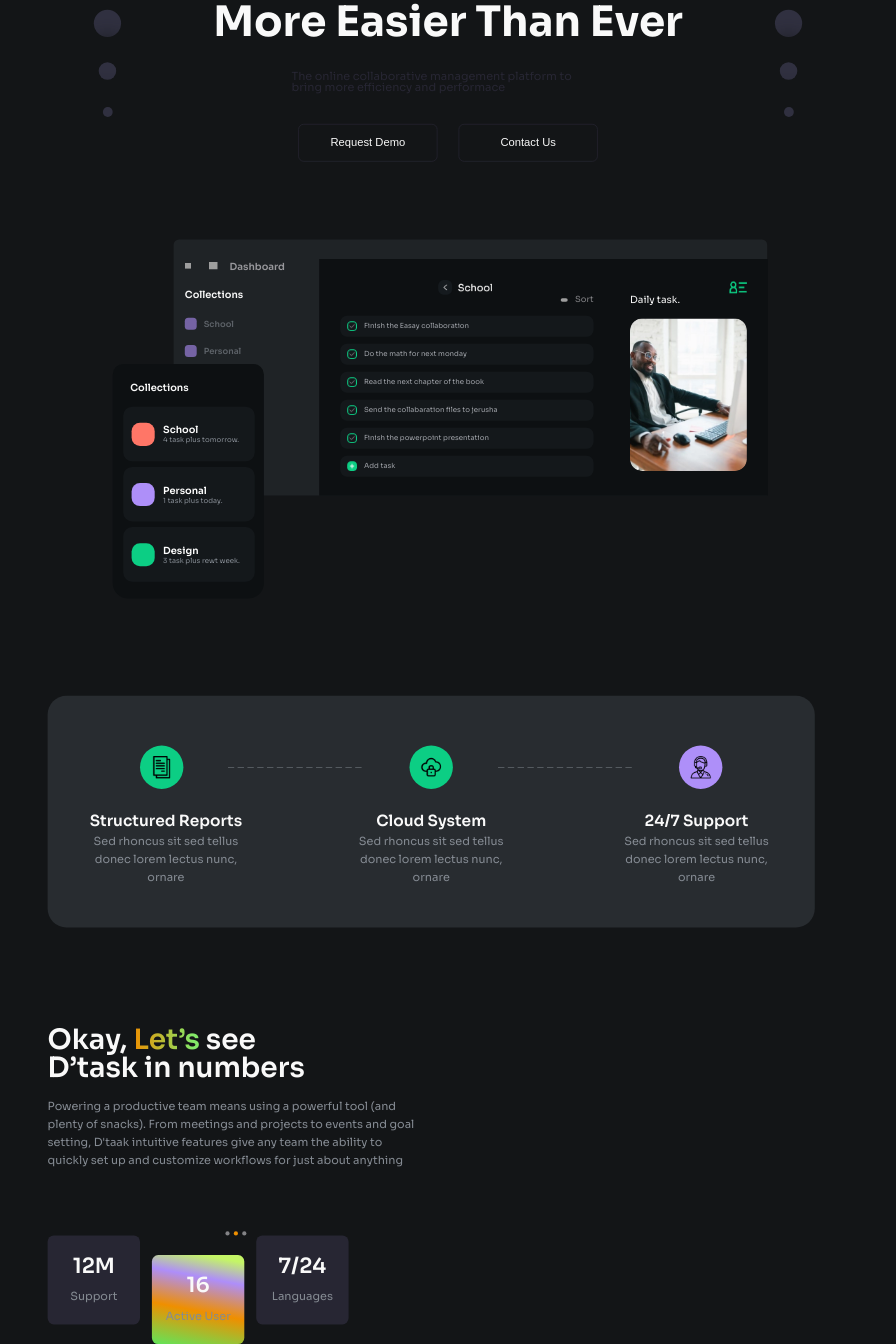
Repository: anhthiethumg/Task_Managerment_Website
Page: index.html
An editor plug-in stored every save of this project. The page is shown before and after a run of saves, followed by the edit.
The browser window is 1280 px wide. The pictures show the part of the page from y = 320 to 2240 px (the page is 2240 px tall), at 70% of full size.
Pictures or frames that could not be fetched are drawn as grey boxes. A picture or video elsewhere on the page could not be fetched, so the positions and the page height are approximate.

Above is the page before, as saved 2023-07-29 00:45:53.

### index.html
<!DOCTYPE html>
<html lang="en">
  <head>
    <meta charset="UTF-8" />
    <meta name="viewport" content="width=device-width, initial-scale=1.0" />
    <title>Task Managerment Website</title>
    <!-- Reset Css -->
    <link rel="stylesheet" href="./assets/css/reset.css" />

    <!-- CSS -->
    <link rel="stylesheet" href="./assets/css/styles.css" />

    <!-- Embed Font-->

    <link rel="preconnect" href="https://fonts.googleapis.com" />
    <link rel="preconnect" href="https://fonts.gstatic.com" crossorigin />
    <link
      href="https://fonts.googleapis.com/css2?family=Sora:wght@400;600;700;800&display=swap"
      rel="stylesheet"
    />
  </head>
  <body>
    <!-- Header -->
    <section class="header">
      <div class="container">
        <navbar class="row nav">
          <img src="./assets/image/logo.svg" alt="Task." />
          <div class="nav-list">
            <a class="nav-item" href="#!">Home</a>
            <a class="nav-item" href="#!">Products</a>
            <a class="nav-item" href="#!">Guidlines</a>
            <a class="nav-item" href="#!">Guidlines</a>
          </div>
          <button class="btn nav-btn">Sign In</button>
        </navbar>
        <section class="hero">
          <div class="row hero__content">
            <div class="stacked-circles">
              <div class="circles"></div>
              <div class="circles"></div>
              <div class="circles"></div>
              <div class="circles"></div>
            </div>
            <div class="hero--content__heading">
              <h1 class="hero__heading">
                Make <span class="heading__liner">Management</span> Way More
                Easier Than Ever
              </h1>
              <p class="hero__desc section-desc">
                The online collaborative management platform to bring more
                efficiency and performace
              </p>
              <div class="hero-btn row">
                <button type="button" class="btn hero__btn">
                  Request Demo
                </button>
                <button type="button" class="btn hero__btn">Contact Us</button>
              </div>
            </div>
            <div class="stacked-circles">
              <div class="circles"></div>
              <div class="circles"></div>
              <div class="circles"></div>
              <div class="circles"></div>
            </div>
          </div>
          <section class="task-manager row">
            <sidebar class="sidebar">
              <div class="row sidebar__header">
                <img
                  src="./assets/icons/icon-sidebar.svg"
                  alt="icon-sidebar"
                  class="icon__sidebar"
                />
                <img
                  src="./assets/icons/dashboard-icon.svg"
                  alt="dashboard-icon"
                  class="dashboard-icon"
                />
                <h4 class="sidebar__heading">Dashboard</h4>
              </div>
              <div class="sidebar__list">
                <h4 class="sidebar__list--heading">Collections</h4>
                <div class="sidebar__list--item">
                  <h5 class="sidebar__item--content">School</h5>
                </div>
                <div class="sidebar__list--item">
                  <h5 class="sidebar__item--content">Personal</h5>
                </div>
              </div>
            </sidebar>
            <section class="task-manager__section">
              <div class="task__header row">
                <img src="./assets/icons/school.png" alt="Back" class="back" />
                <img
                  src="./assets/icons/contact us icon.png"
                  alt="Contact"
                  class="contact-us"
                />
              </div>
              <div class="task__content row">
                <div class="list--work">
                  <div class="list-sort">Sort</div>
                  <div class="work--item">Finish the Easay collaboration</div>
                  <div class="work--item">Do the math for next monday</div>
                  <div class="work--item">
                    Read the next chapter of the book
                  </div>
                  <div class="work--item">
                    Send the collabaration files to jerusha
                  </div>
                  <div class="work--item">
                    Finish the powerpoint presentation
                  </div>
                  <div class="work--item">Add task</div>
                </div>
                <div class="daily-task">
                  <div class="dailytask__heading">Daily task.</div>
                  <img
                    class="dailytask__img"
                    src="./assets/image/Rectangle 50.png"
                    alt="Daily task"
                  />
                </div>
              </div>
              <div class="card">
                <div class="card__heading">Collections</div>
                <div class="card__list">
                  <div class="card__item">
                    <div class="card__item--icon"></div>
                    <div class="card__item--content">
                      <h4 class="card__item--title">School</h4>
                      <p class="card__item--desc">4 task plus tomorrow.</p>
                    </div>
                  </div>
                  <div class="card__item">
                    <div class="card__item--icon"></div>
                    <div class="card__item--content">
                      <h4 class="card__item--title">Personal</h4>
                      <p class="card__item--desc">1 task plus today.</p>
                    </div>
                  </div>
                  <div class="card__item">
                    <div class="card__item--icon"></div>
                    <div class="card__item--content">
                      <h4 class="card__item--title">Design</h4>
                      <p class="card__item--desc">3 task plus rewt week.</p>
                    </div>
                  </div>
                </div>
              </div>
            </section>
          </section>
        </section>
      </div>
    </section>

    <!-- Main -->
    <main class="main">
      <div class="container">
        <!-- Services -->
        <section class="services">
          <div class="services__icon--list">
            <div class="services__icon--bg">
              <img
                src="./assets/icons/report.png"
                alt="Report"
                class="services__icon"
              />
            </div>
            <img src="./assets/icons/dash line-1.svg" alt="dash-line" />
            <div class="services__icon--bg">
              <img
                src="./assets/icons/server.png"
                alt="Server"
                class="services__icon"
              />
            </div>

            <img src="./assets/icons/dash line-1.svg" alt="dash-line" />
            <div class="services__icon--bg">
              <img
                src="./assets/icons/support.png"
                alt="Support"
                class="services__icon"
              />
            </div>
          </div>
          <div class="services__list row">
            <div class="services__items">
              <h3 class="services__heading">Structured Reports</h3>
              <p class="services__desc">
                Sed rhoncus sit sed tellus donec lorem lectus nunc, ornare
              </p>
            </div>
            <div class="services__items">
              <h3 class="services__heading">Cloud System</h3>
              <p class="services__desc">
                Sed rhoncus sit sed tellus donec lorem lectus nunc, ornare
              </p>
            </div>
            <div class="services__items">
              <h3 class="services__heading">24/7 Support</h3>
              <p class="services__desc">
                Sed rhoncus sit sed tellus donec lorem lectus nunc, ornare
              </p>
            </div>
          </div>
        </section>

        <!-- Static -->

        <section class="static row">
          <section class="static__content">
            <h2 class="static__heading section__heading">
              Okay, <span class="heading__liner">Let’s</span> see D’task in numbers
            </h2>
            <p class="static__desc section__desc">
              Powering a productive team means using a powerful tool (and plenty of snacks). From meetings and projects to events and goal setting, D'taak intuitive features give any team the ability to quickly set up and customize workflows for just about anything
            </p>
            <div class="static__dot row">
              <div class="dot"></div>
              <div class="dot"></div>
              <div class="dot"></div>
            </div>
            <div class="static__list row">
              <div class="static__item">
                <div class="static--item__number">
                  12M
                </div>
                <div class="static--item__title">
                  Support
                </div>
              </div>
              <div class="static__item">
                <div class="static--item__number">
                  16
                </div>
                <div class="static--item__title">
                  Active User
                </div>
              </div>
              <div class="static__item">
                <div class="static--item__number">
                  7/24
                </div>
                <div class="static--item__title">
                  Languages
                </div>
              </div>
            </div>
          </section>
        </section>
      </div>
    </main>
  </body>
</html>

### assets/css/styles.css
* {
  box-sizing: border-box;
}

html {
  font-size: 62.5%;
}

:root {
  color: var(--text-color-gray-2, #282c30);
  color: var(--text-color-white, #f9f9f9);
  color: var(
    --primary-color-leniar-color,
    linear-gradient(90deg, #eb9204 1.67%, #83e868 89.99%)
  );
  color: var(--primary-color-background, #131517);
  color: var(--text-color-dark-blue, #272633);
}
body {
  font-size: 1.6rem;
  font-family: "Sora", sans-serif;
  background: var(--primary-color-background, #131517);
}

/* Common */

a {
  text-decoration: none;
}

.container {
  width: 1144px;
  margin: 0 auto;
}

.row {
  display: flex;
}

.btn {
  width: 110px;
  height: 40px;
  border-radius: 8px;
  border: 1px solid var(--text-color-dark-blue, #272633);
  background: #131517;
  text-align: center;
}

.section__desc {
  color: var(--text-color-gray-1, #858b93);
  text-align: center;
  font-size: 1.6rem;
  font-weight: 400;
  line-height: 1.625;
}

.section__heading {
  color: var(--text-color-white, #f9f9f9);
  font-size: 4rem;
  font-weight: 600;
}
/* Header */

.header {
  margin-top: 40px;
  margin-bottom: 140px;
  padding-top: 10px;
}

/* Navbar */

.nav {
  justify-content: space-between;
  align-items: center;
  height: 40px;
  margin-bottom: 157px;
}

.nav-item {
  margin-right: 36px;
  color: var(--text-color-gray-1, #858b93);
  font-size: 1.6rem;
  font-weight: 400;
  line-height: 1.5;
}

.nav-item:hover {
  color: var(--text-color-white, #f9f9f9);
  text-decoration: underline;
}

.nav-btn {
  background: var(
    --primary-color-leniar-color,
    linear-gradient(90deg, #eb9204 1.67%, #83e868 89.99%)
  );
  background-clip: text;
  -webkit-background-clip: text;
  -webkit-text-fill-color: transparent;
  font-size: 1.6rem;
  font-weight: 400;
  line-height: 1.5;
}

/* hero-content */
.hero__content {
  padding: 0 25px;
  justify-content: space-between;
}
.hero__heading {
  margin: 0 auto 34px;
  width: 783px;
  color: var(--text-color-white, #f9f9f9);
  text-align: center;
  font-size: 6rem;
  font-weight: 700;
  line-height: 1.17;
}

.heading__liner {
  background: var(
    --primary-color-leniar-color,
    linear-gradient(90deg, #eb9204 1.67%, #83e868 89.99%)
  );
  background-clip: text;
  -webkit-background-clip: text;
  -webkit-text-fill-color: transparent;
}

.hero__desc {
  width: 447px;
  margin: 0 auto 44px;
}

.hero-btn {
  justify-content: center;
  gap: 30px;
}

.hero__btn {
  margin-bottom: 111px;
  width: 199px;
  height: 54px;
  color: var(--text-color-white, #f9f9f9);
  font-size: 1.6rem;
  font-weight: 400;
  line-height: 1.625;
}

.hero__btn:hover {
  background: var(
    --primary-color-leniar-color,
    linear-gradient(90deg, #eb9204 1.67%, #83e868 89.99%)
  );
}

/* hero circle */

.stacked-circles {
  display: flex;
  flex-direction: column;
  align-items: center;
  margin-top: -75px;
}

.circles {
  fill: linear-gradient(180deg, #111118 4.96%, rgba(43, 43, 61, 0) 100%);
  box-shadow: 0px 39px 31px 0px #313141 inset;
  border-radius: 50%;
}
.circles:first-child {
  width: 121px;
  height: 121px;
  margin-bottom: 41px;
}

.circles:nth-child(2) {
  width: 39px;
  height: 39px;
  margin-bottom: 36px;
}

.circles:nth-child(3) {
  width: 25px;
  height: 25px;
  margin-bottom: 39px;
}

.circles:last-child {
  width: 14px;
  height: 14px;
  flex-shrink: 0;
}

/* task manager */

.task-manager {
  width: 848px;
  height: 366px;
  border-radius: 8px 8px 0px 0px;
  background: #1f2326;
  margin-left: 180px;
}

.sidebar {
  padding: 18px 0 0 16px;
}

.sidebar__header {
  width: 192px;
  height: 39px;
  align-items: center;
}

.icon__sidebar {
  width: 9px;
  height: 9px;
  margin-right: 25px;
}

.dashboard-icon {
  width: 13px;
  height: 11px;
  margin-right: 17px;
}

.sidebar__heading {
  color: #98989c;
  font-size: 1.4rem;
  font-weight: 600;
}

.sidebar__list--heading {
  margin: 15px 0 15px;
  color: var(--text-color-white, #f9f9f9);
  font-size: 1.4rem;
  font-weight: 600;
}

.sidebar__list--item {
  width: 192px;
  height: 39px;
  display: flex;
  align-items: center;
}

.sidebar__list--item:hover {
  background: #2b2d2f;
}
.sidebar__item--content {
  color: var(--text-color-gray-1, #858b93);
  font-size: 1.2rem;
  font-weight: 600;
  opacity: 0.6000000238418579;
  display: flex;
  align-items: center;
}

.sidebar__item--content::before {
  display: inline-block;
  content: " ";
  width: 17px;
  height: 17px;
  border-radius: 5px;
  background: #ae8ff9;
  margin-right: 10px;
}

.task-manager__section {
  position: relative;
  margin-top: 28px;
  margin-right: 15px;
  background: #0d1012;
  width: 100%;
  padding: 30px;
}

.task__header {
  margin-left: 140px;
  justify-content: space-between;
}

.list--work {
  width: 362px;
  margin-right: 52px;
}

.list-sort {
  color: #838386;
  font-size: 1.2rem;
  font-weight: 400;
  text-align: right;
  height: 30px;
}

.list-sort::before {
  display: inline-block;
  content: " ";
  width: 10px;
  height: 5px;
  border-radius: 5px;
  margin-right: 10px;
  background-image: url(../icons/sort.svg);
  margin-left: 10px;
}
.work--item {
  display: flex;
  align-items: center;
  margin-bottom: 10px;
  width: 100%;
  height: 30px;
  border-radius: 10px;
  background: #14181b;
  color: #9ea1a7;
  font-size: 1rem;
  font-weight: 300;
}

.work--item:before {
  display: inline-block;
  content: " ";
  width: 14px;
  height: 14px;
  border-radius: 5px;
  margin-right: 10px;
  background-image: url(../icons/check.svg);
  margin-left: 10px;
}

.work--item:last-child:before {
  background-image: url(../icons/add.svg);
}

.dailytask__heading {
  color: var(--text-color-white, #f9f9f9);
  font-size: 1.4rem;
  font-weight: 400;
  margin-bottom: 20px;
}

.dailytask__img {
  width: 167px;
  height: 218px;
  flex-shrink: 0;
  border-radius: 17px;
  background: rgba(13, 16, 18, 0.24);
}

.card {
  position: absolute;
  width: 216px;
  height: 335px;
  border-radius: 15px 15px 22px 22px;
  background: #0d1012;
  padding: 26px 15px;
  left: -295px;
  top: 150px;
}

.card__heading {
  color: #f9f9f9;
  font-size: 1.4rem;
  font-weight: 600;
  margin-left: 10px;
  margin-bottom: 21px;
}

.card__item {
  display: flex;
  align-items: center;
  width: 188px;
  height: 78px;
  border-radius: 13px;
  background: #14181b;
  margin-bottom: 8px;
}
.card__item--icon {
  width: 33px;
  height: 33px;
  border-radius: 12px;
  margin: 12px;
}

.card__item:first-child .card__item--icon {
  background: var(--primary-color-dark-orange, #ff7667);
}

.card__item:nth-child(2) .card__item--icon {
  background: var(--primary-color-blue, #ae8ff9);
}

.card__item:last-child .card__item--icon {
  background: var(--primary-color-green, #0cce84);
}

.card__item--title {
  color: #fff;
  font-size: 1.4rem;
  font-weight: 600;
  margin-bottom: 3px;
}

.card__item--desc {
  color: var(--text-color-gray-1, #858b93);
  font-size: 1rem;
  font-weight: 400;
}

/* services */

.services {
  padding: 41px 50px 53px 50px;
  margin-top: 286px;
  margin-bottom: 140px;
  width: 1096px;
  height: 331px;
  border-radius: 27px;
  background: var(--text-color-gray-2, #282c30);
}

.services__icon--list {
  display: flex;
  align-items: center;
  justify-content: space-around;
  margin: 30px 50px;
}

.services__icon--bg {
  background: var(--primary-color-green, #0cce84);
  width: 62px;
  height: 62px;
  border-radius: 50%;
  display: flex;
  align-items: center;
  justify-content: center;
}

.services__icon--bg:nth-child(2) {
  background: var(--primary-color-dark-yellow, #ef8f00);
}

.services__icon--bg:last-child {
  background: var(--primary-color-blue, #ae8ff9);
}
.services__icon {
  width: 32px;
  height: 32px;
}

.services__list {
  justify-content: space-between;
}

.services__items {
  width: 238px;
  text-align: center;
}

.services__heading {
  color: var(--text-color-white, #f9f9f9);
  font-size: 2.2rem;
  font-weight: 600;
  line-height: 1.45;
}

.services__desc {
  color: #858b93;
  font-size: 1.6rem;
  font-weight: 400;
  line-height: 1.625;
}

/* Static */
.static__content {
  width: 537px;
}
.static__heading {
  width: 368px;
  margin-bottom: 22px;
}

.static__desc {
  width: 537px;
  height: 106px;
  text-align: left;
  margin-bottom: 86px;
}

.static__dot {
  gap: 6px;
  justify-content: center;
  margin-bottom: 28px;
}
.dot {
  width: 6px;
  height: 6px;
  border-radius: 50%;
  background: #838386;
}

.dot:nth-child(2) {
  background: #ef8f00;
}

.static__list {
  gap: 17px;
}
.static__item {
  display: flex;
  flex-direction: column;
  justify-content: center;
  align-items: center;
  width: 132px;
  height: 127px;
  border-radius: 9px;
  background: var(--text-color-dark-blue, #272633);
}

.static__item:nth-child(odd) {
  margin-top: -28px;
}

.static__item:nth-child(2) {
  background: linear-gradient(
    191deg,
    #c4f566 7.35%,
    #ae8ef9 28.41%,
    #ef8f00 60.81%,
    #61e559 100%
  );
}

.static--item__number {
  color: var(--text-color-white, #f9f9f9);
  font-size: 3rem;
  font-weight: 600;
  margin-bottom: 16px;
}

.static--item__title {
  color: var(--text-color-gray-1, #858b93);
  font-size: 1.6rem;
  font-weight: 400;
  line-height: 1.625;
}

Loaded but not shown: assets/css/reset.css (common file)

After the next 3 saves:
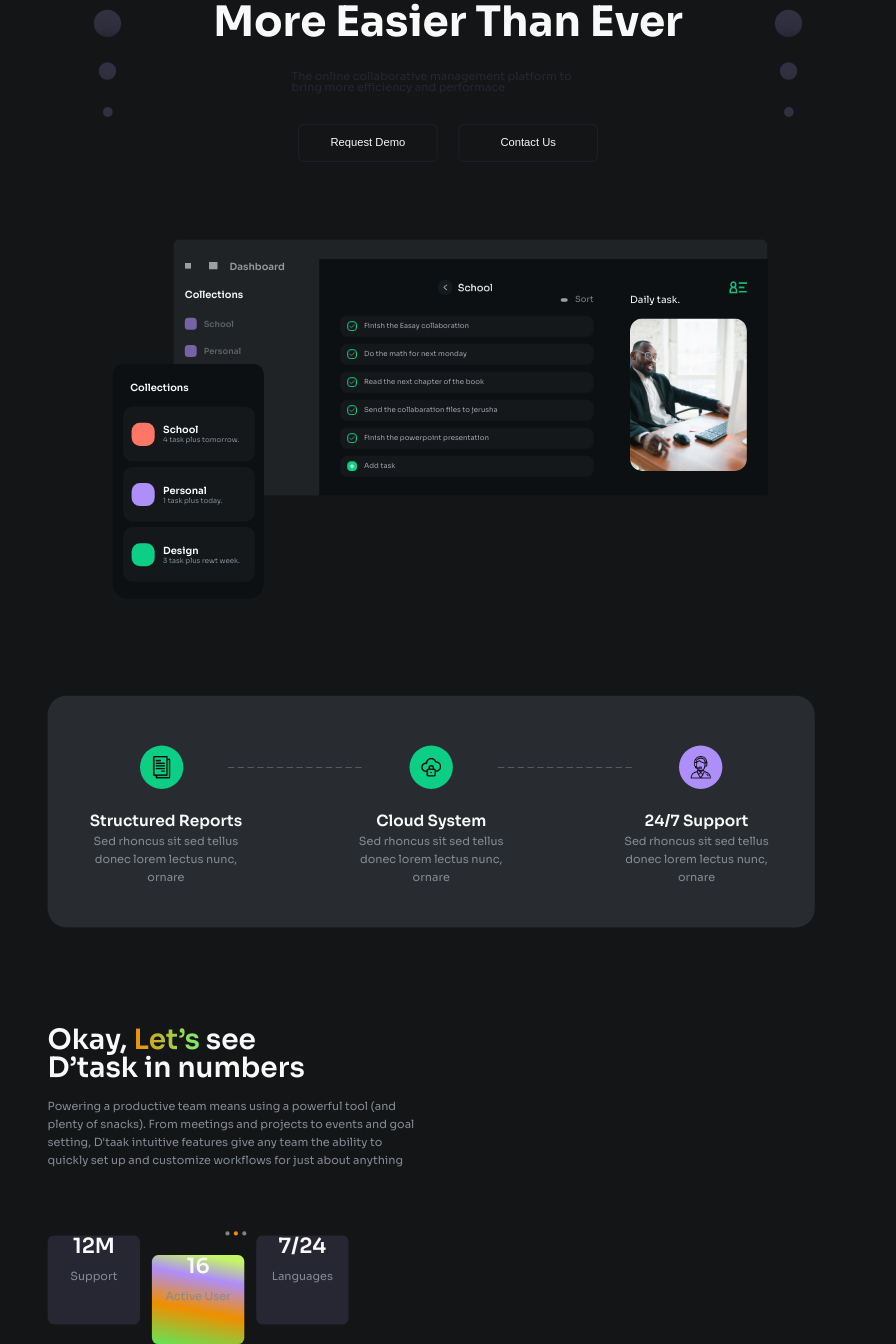
The 3 saves are shown as one change because they came seconds apart.
The last was saved 32 s later.
--- a/assets/css/styles.css
+++ b/assets/css/styles.css
@@ -506,10 +506,7 @@ a {
   gap: 17px;
 }
 .static__item {
-  display: flex;
-  flex-direction: column;
-  justify-content: center;
-  align-items: center;
+  text-align: center;
   width: 132px;
   height: 127px;
   border-radius: 9px;
